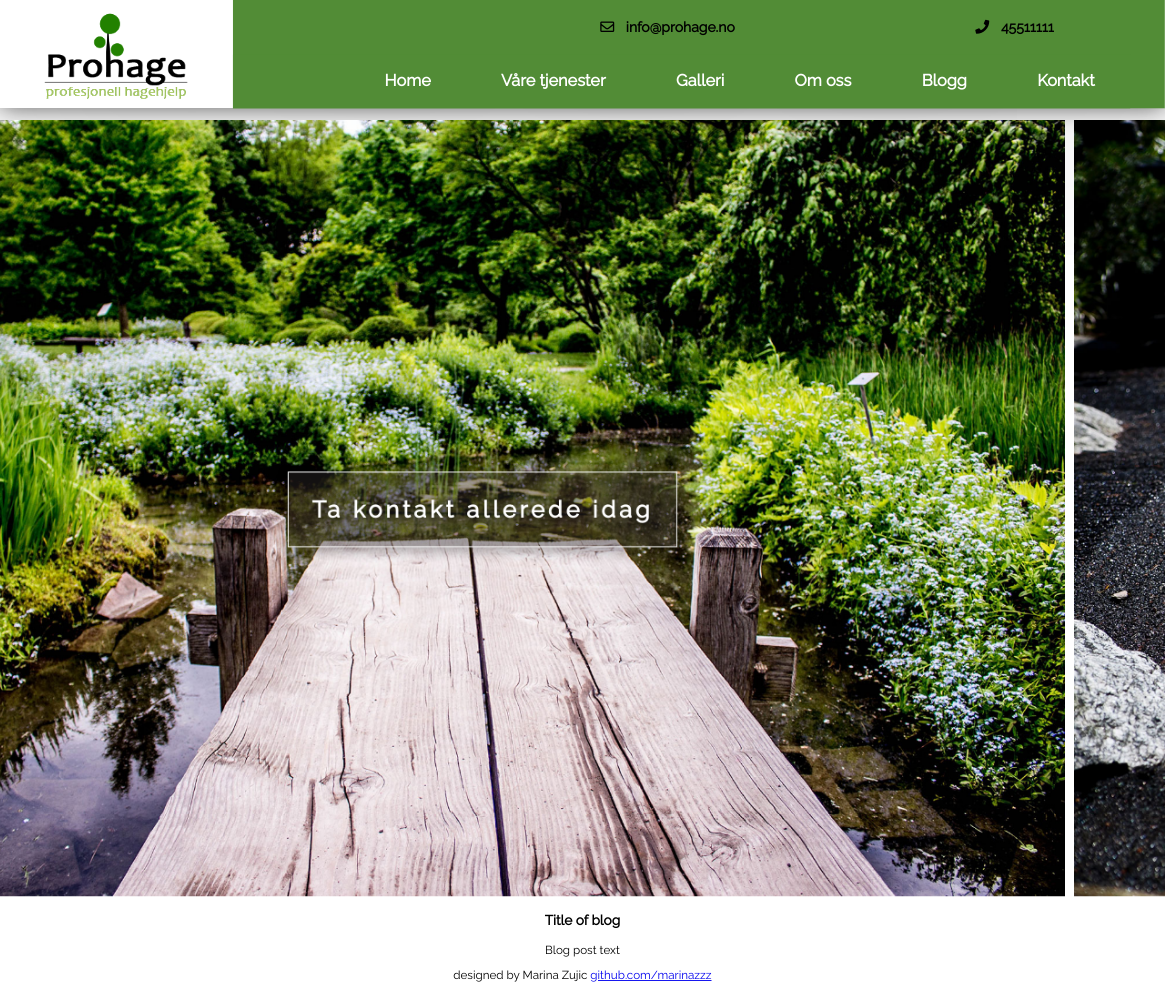
Repository: marinazzz/garden-design-website
Page: index.html
An editor plug-in stored every save of this project. The page is shown before and after the next save, followed by the edit.
The browser window is 1280 px wide. The pictures show the whole page, at 91% of full size.

Above is the page before, as saved 2020-03-31 08:57:05.

After the next save:
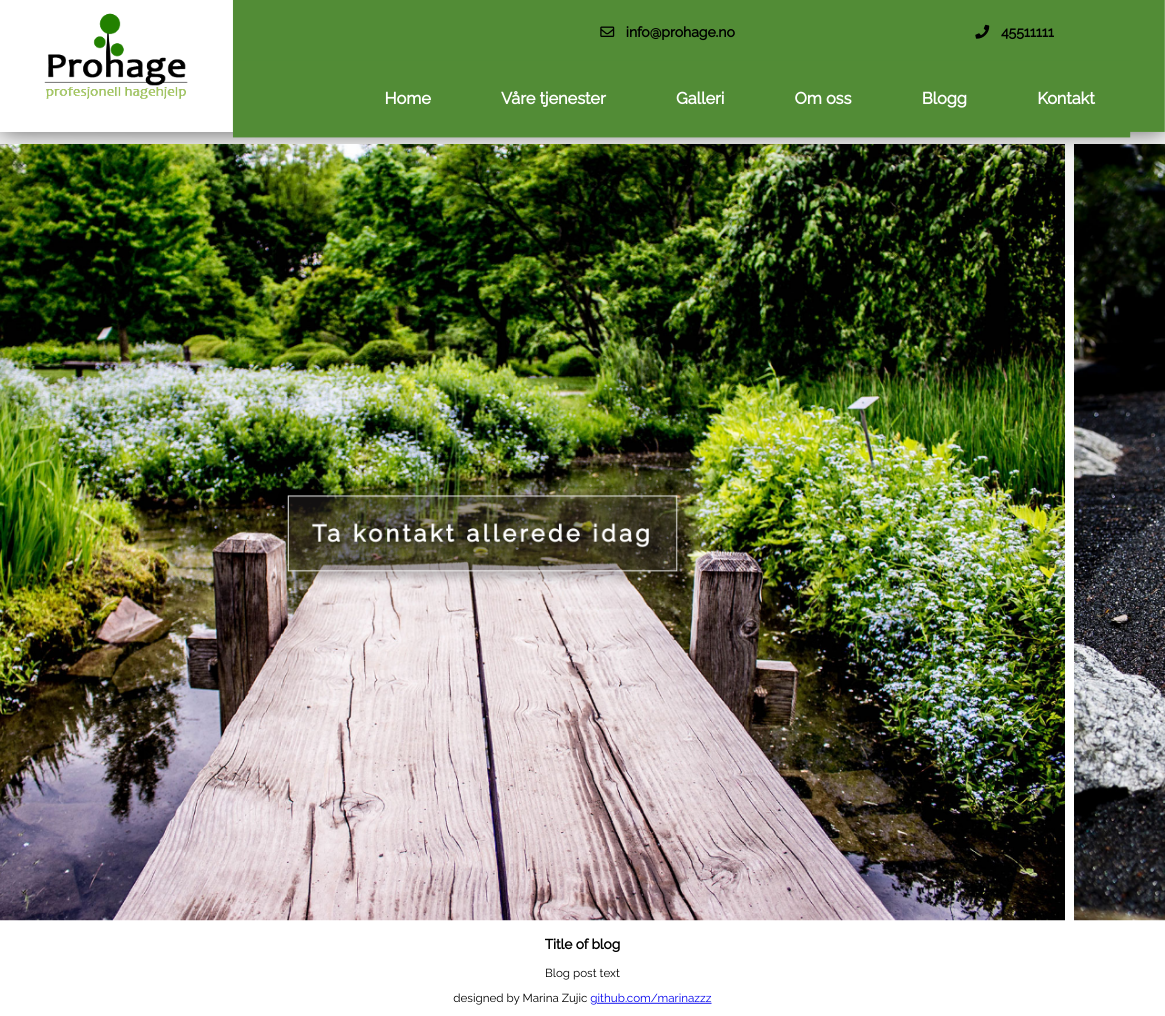
Saved 95 s later.
--- a/CSS/min-width-768px.css
+++ b/CSS/min-width-768px.css
@@ -51,7 +51,7 @@
 
   #menu {
     position: static;
-    padding: 0;
+    padding: left 7rem;
     top: 0;
   }
 

After the save that followed:
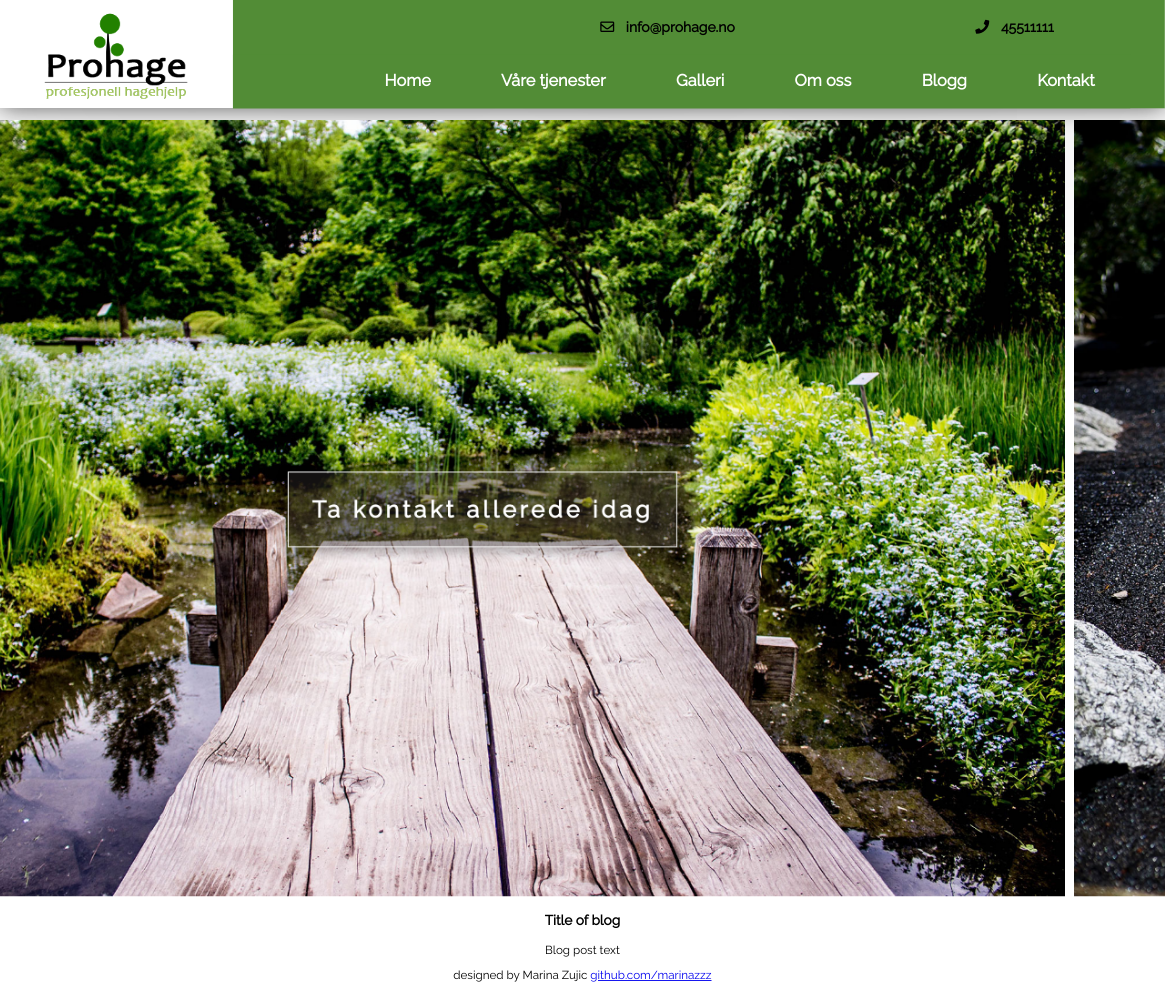
Saved 91 s later.
--- a/CSS/min-width-768px.css
+++ b/CSS/min-width-768px.css
@@ -51,7 +51,7 @@
 
   #menu {
     position: static;
-    padding: left 7rem;
+    padding: 0;
     top: 0;
   }
 
